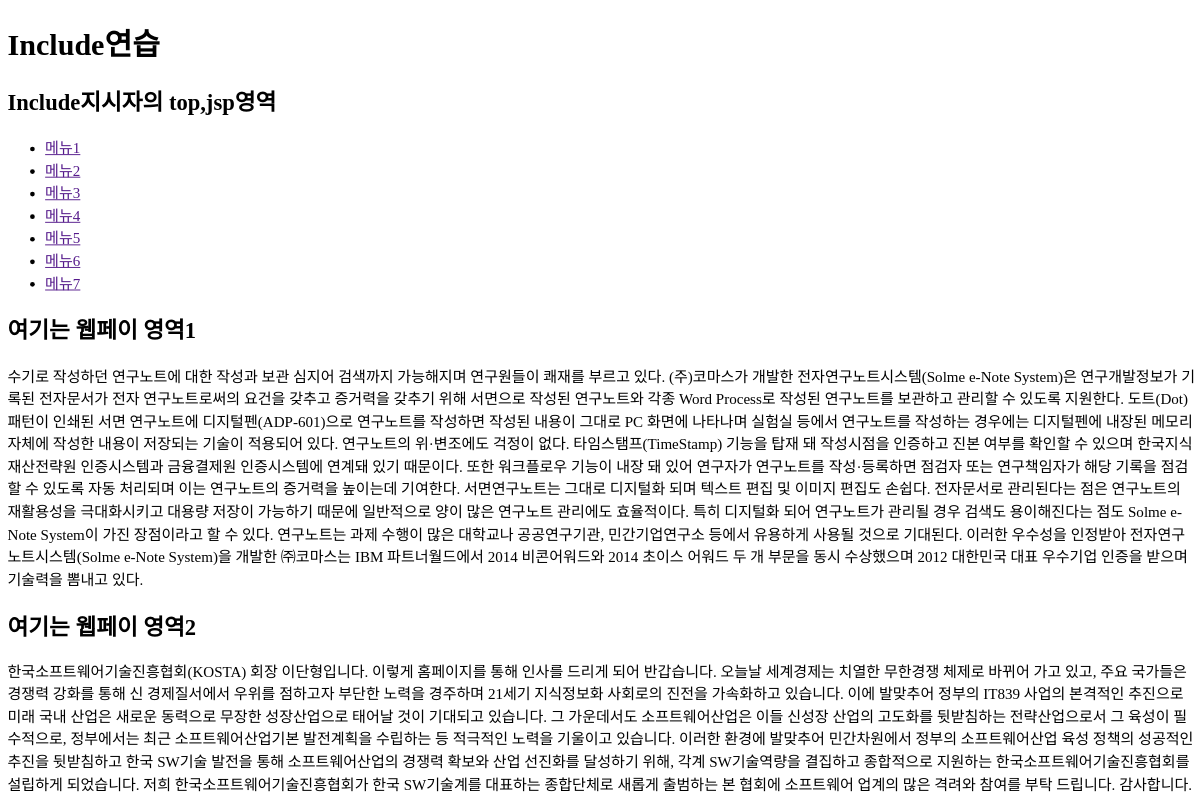
Repository: kol0372/woo
Page: http://localhost/1104/ex1_sample.jsp
An editor plug-in stored every save of this project. The page is shown before and after the next save, followed by the edit.
The browser window is 1280 px wide. The pictures show the whole page, at 94% of full size.
Some web libraries are served in a nearby version. The page is served by Tomcat 9.

Above is the page before, as saved 2014-11-04 01:25:49.

After the next save:
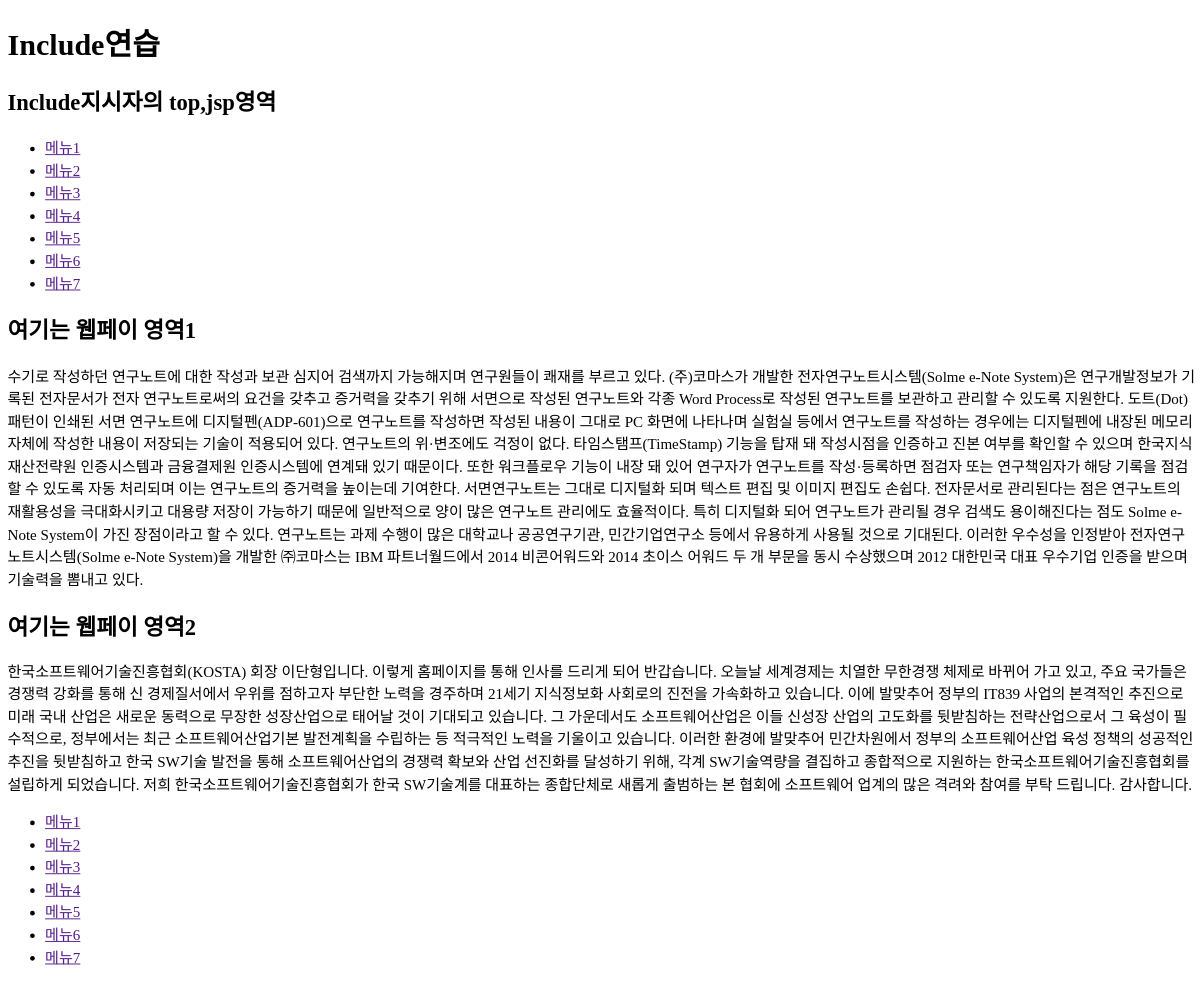
Saved 44 s later.
--- a/jspworkspace/1104/WebContent/ex1_sample.jsp
+++ b/jspworkspace/1104/WebContent/ex1_sample.jsp
@@ -70,6 +70,19 @@
 
 			</section>
 		</article>
+		<footer>
+			<nav>
+				<ul>
+					<li><a href="">메뉴1</a></li>
+					<li><a href="">메뉴2</a></li>
+					<li><a href="">메뉴3</a></li>
+					<li><a href="">메뉴4</a></li>
+					<li><a href="">메뉴5</a></li>
+					<li><a href="">메뉴6</a></li>
+					<li><a href="">메뉴7</a></li>
+				</ul>
+			</nav>
+		</footer>
 	</div>
 </body>
 </html>
